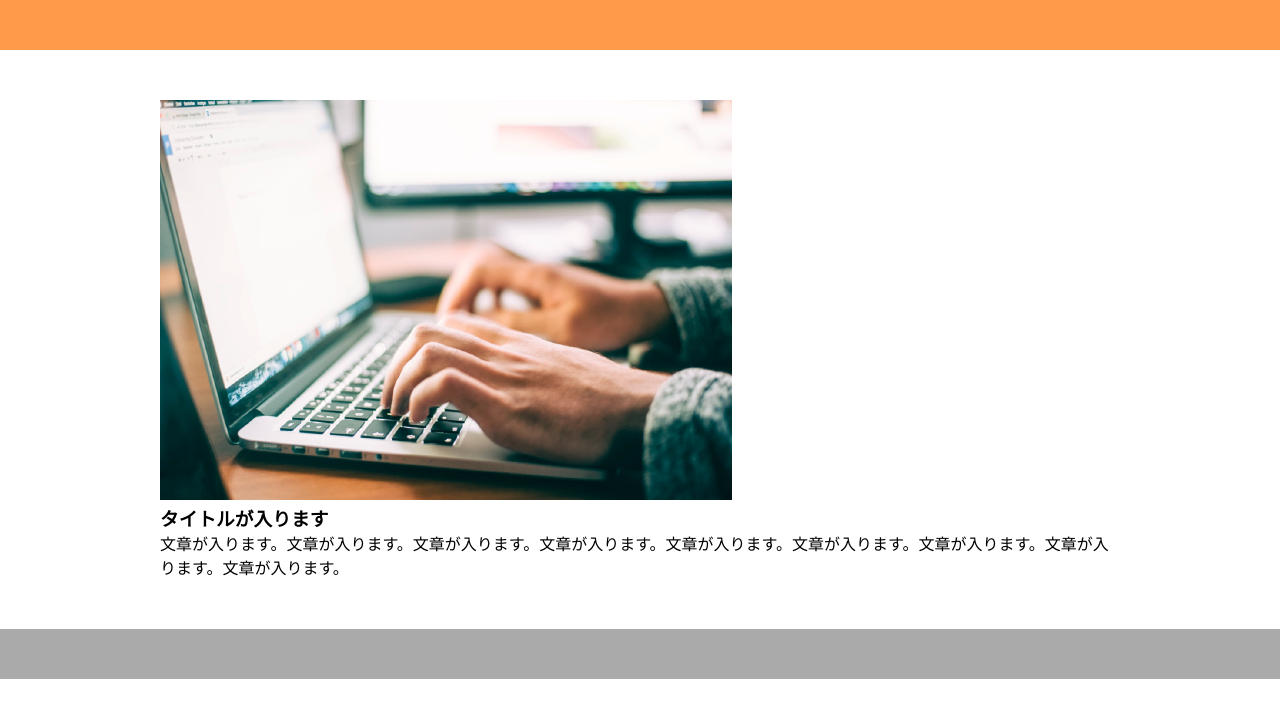
Repository: atsuyan-i/git-practice2
Page: chapter/chapter9.html
The author's editor kept a record of every edit. The page is drawn from the files as they stood at one moment, then again after the next edit.
The browser window is 1280 px wide. The pictures show the whole page.

Above is the page before.

After the next edit:
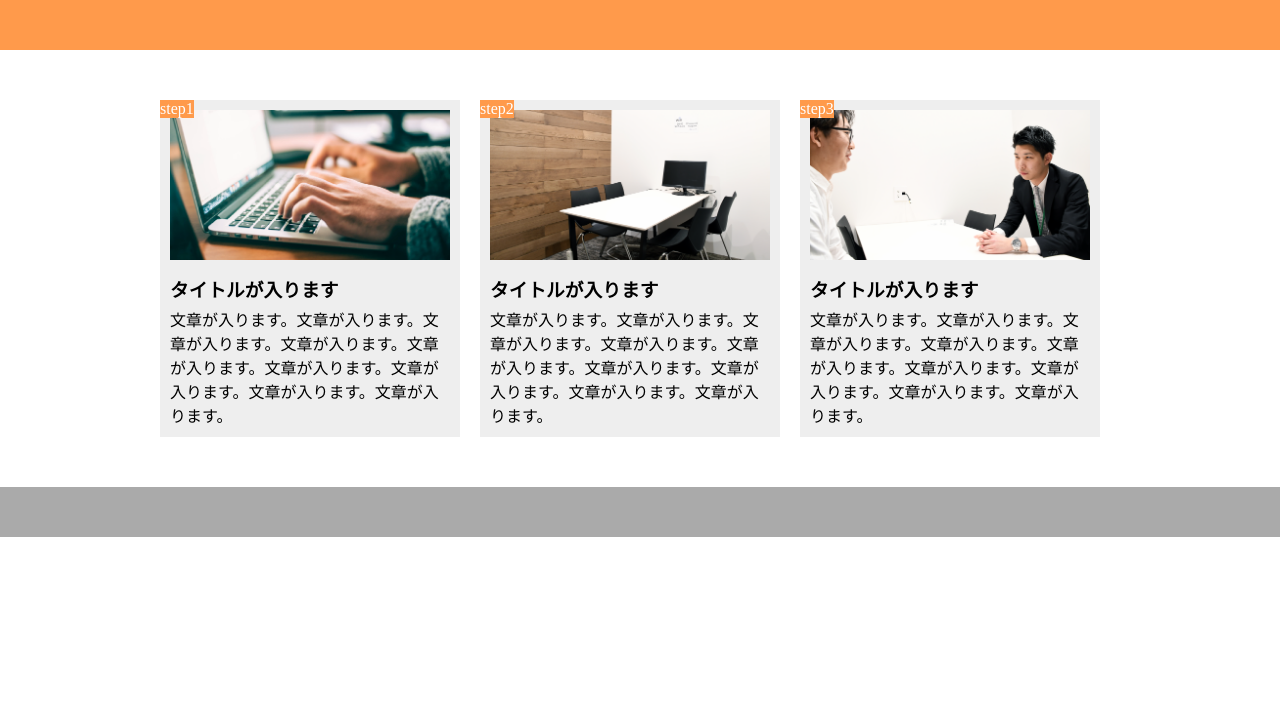
The edit:
--- a/chapter/chapter9.html
+++ b/chapter/chapter9.html
@@ -1,24 +1,39 @@
 <!DOCTYPE html>
 <html lang="ja">
   <head>
-    <meta charset="UTF-8"/>
+    <meta charset="UTF-8" />
     <title>chapter9</title>
-    <link rel="stylesheet" href="chapter9.css"/>
+    <link rel="stylesheet" href="chapter9.css" />
+    <meta name="viewport" content="width=device-width,initial-scale=1.0">
   </head>
   <body>
     <header></header>
     <main>
-        <section class="step">
-          <div class="setp1-item">
-            <img class="step1-image" src="img/flow01.png">
-            <section class="step1-text">
-              <h3>
-                タイトルが入ります
-              </h3>
-              <p>文章が入ります。文章が入ります。文章が入ります。文章が入ります。文章が入ります。文章が入ります。文章が入ります。文章が入ります。文章が入ります。</p>
+      <div class="step-box">
+        <div class="step-img1"></div>
+        <span class="step-num">step1</span>
+        <h3 class="title">タイトルが入ります</h3>
+        <p class="text">
+          文章が入ります。文章が入ります。文章が入ります。文章が入ります。文章が入ります。文章が入ります。文章が入ります。文章が入ります。文章が入ります。
+        </p>
+      </div>
 
-              </div>
-          </section>
+      <div class="step-box">
+        <div class="step-img2"></div>
+        <span class="step-num">step2</span>
+        <h3 class="title">タイトルが入ります</h3>
+        <p class="text">
+          文章が入ります。文章が入ります。文章が入ります。文章が入ります。文章が入ります。文章が入ります。文章が入ります。文章が入ります。文章が入ります。
+        </p>
+      </div>
+
+      <div class="step-box">
+        <div class="step-img3"></div>
+        <span class="step-num">step3</span>
+        <h3 class="title">タイトルが入ります</h3>
+        <p class="text">
+          文章が入ります。文章が入ります。文章が入ります。文章が入ります。文章が入ります。文章が入ります。文章が入ります。文章が入ります。文章が入ります。
+        </p>
       </div>
     </main>
     <footer></footer>
